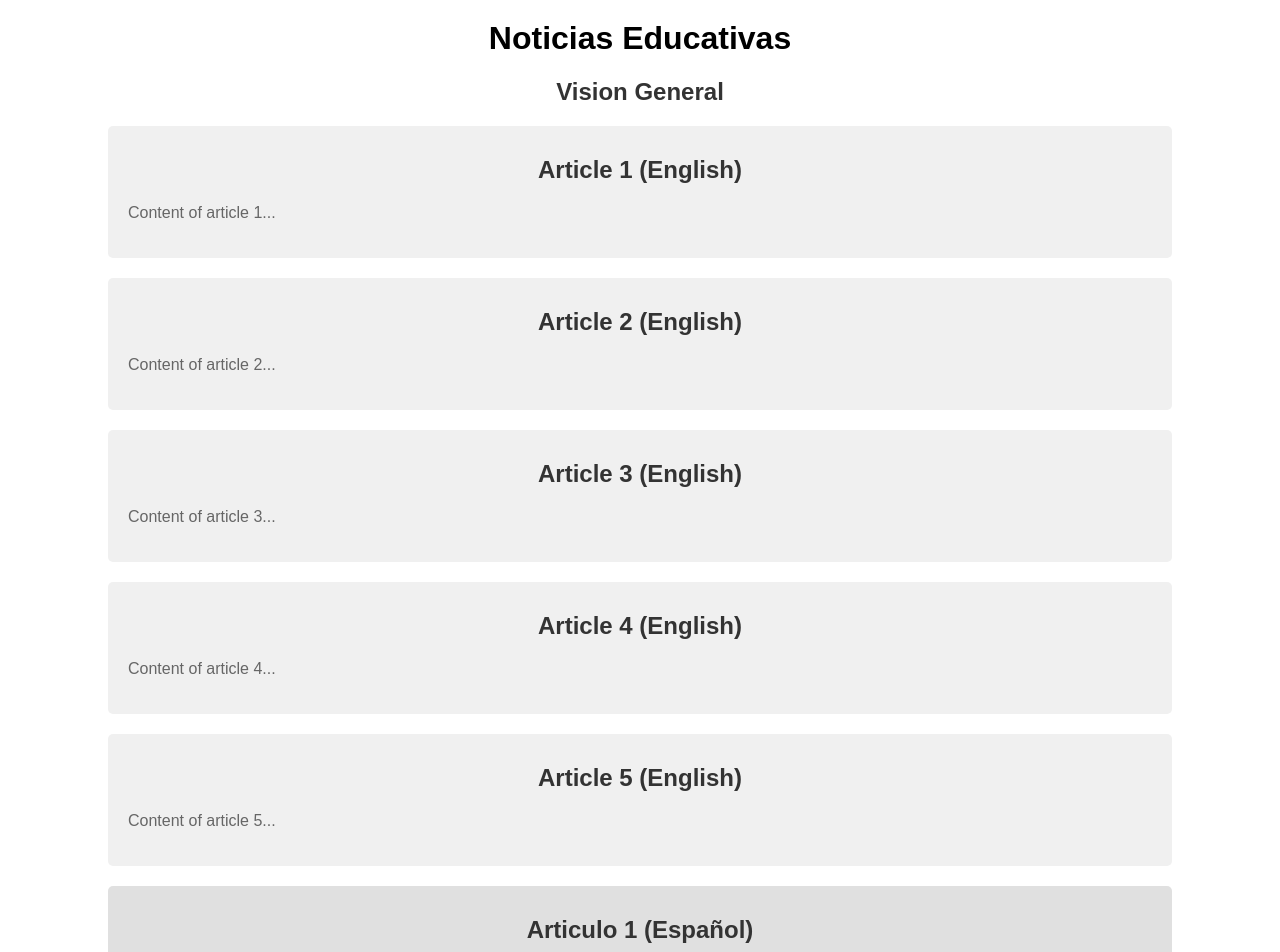
Repository: ByteFros/ramon
Page: ejercicio.html
These files come from the project's save history. The page is drawn as it stood at one moment and after the next save; the edit follows.
The browser window is 1280 px wide. The pictures show the part of the page from y = 0 to 952 px (the page is 1735 px tall).
A picture or video elsewhere on the page could not be fetched, so the positions and the page height are approximate.

Above is the page before, as saved 2024-02-06 19:10:32.

### ejercicio.html
<!DOCTYPE html>
<html lang="en">
<head>
    <meta charset="UTF-8">
    <meta name="viewport" content="width=device-width, initial-scale=1.0">
    <link rel="stylesheet" href="style.css">
    <title>Document</title>
</head>
<body>
<h1>Noticias Educativas</h1>
<h2>Vision General</h2>

<!-- English Articles -->
<article class="english-article">
    <h2>Article 1 (English)</h2>
    <p>Content of article 1...</p>
</article>

<article class="english-article">
    <h2>Article 2 (English)</h2>
    <p>Content of article 2...</p>
</article>

<article class="english-article">
    <h2>Article 3 (English)</h2>
    <p>Content of article 3...</p>
</article>

<article class="english-article">
    <h2>Article 4 (English)</h2>
    <p>Content of article 4...</p>
</article>

<article class="english-article">
    <h2>Article 5 (English)</h2>
    <p>Content of article 5...</p>
</article>
<!-- articulos en español -->
<article class="spanish-article">
    <h2>Articulo 1 (Español)</h2>
    <p>Contenido del articulo 1...</p>
</article>

<article class="spanish-article">
    <h2>Articulo 2 (Español)</h2>
    <p>Contenido del articulo 2...</p>
</article>

<article class="spanish-article">
    <h2>Articulo 3 (Español)</h2>
    <p>Contenido del articulo 3...</p>
</article>

<article class="spanish-article">
    <h2>Articulo 4 (Español)</h2>
    <p>Contenido del articulo 4...</p>
</article>

<article class="spanish-article">
    <h2>Articulo 5 (Español)</h2>
    <p>Contenido del articulo 5...</p>
</article>

<!-- RSS Feed -->
<div>
    <a href="rss_feed.xml">
        <img src="logo.png" alt="RSS Feed Logo">
    </a>
</div>


</body>
</html>

### style.css
/* Estilo para el cuerpo del documento */
body {
    font-family: Arial, sans-serif;
    margin: 0;
    padding: 0;
}

/* Estilo para el título principal */
h1 {
    text-align: center;
    margin-top: 20px;
}

/* Estilo para el subtítulo */
h2 {
    text-align: center;
    margin-top: 10px;
}

/* Estilo para los artículos en inglés */
.english-article {
    background-color: #f0f0f0;
    padding: 20px;
    margin: 20px auto;
    border-radius: 5px;
    width: 80%;
}

/* Estilo para los artículos en español */
.spanish-article {
    background-color: #e0e0e0;
    padding: 20px;
    margin: 20px auto;
    border-radius: 5px;
    width: 80%;
}

/* Estilo para los títulos de los artículos */
h2 {
    color: #333;
}

/* Estilo para los párrafos de los artículos */
p {
    color: #666;
}

/* Estilo para el contenedor del feed RSS */
div {
    text-align: center;
    margin-top: 30px;
}

/* Estilo para el logo del feed RSS */
div img {
    width: 100px;
    height: auto;
}

After the next save:
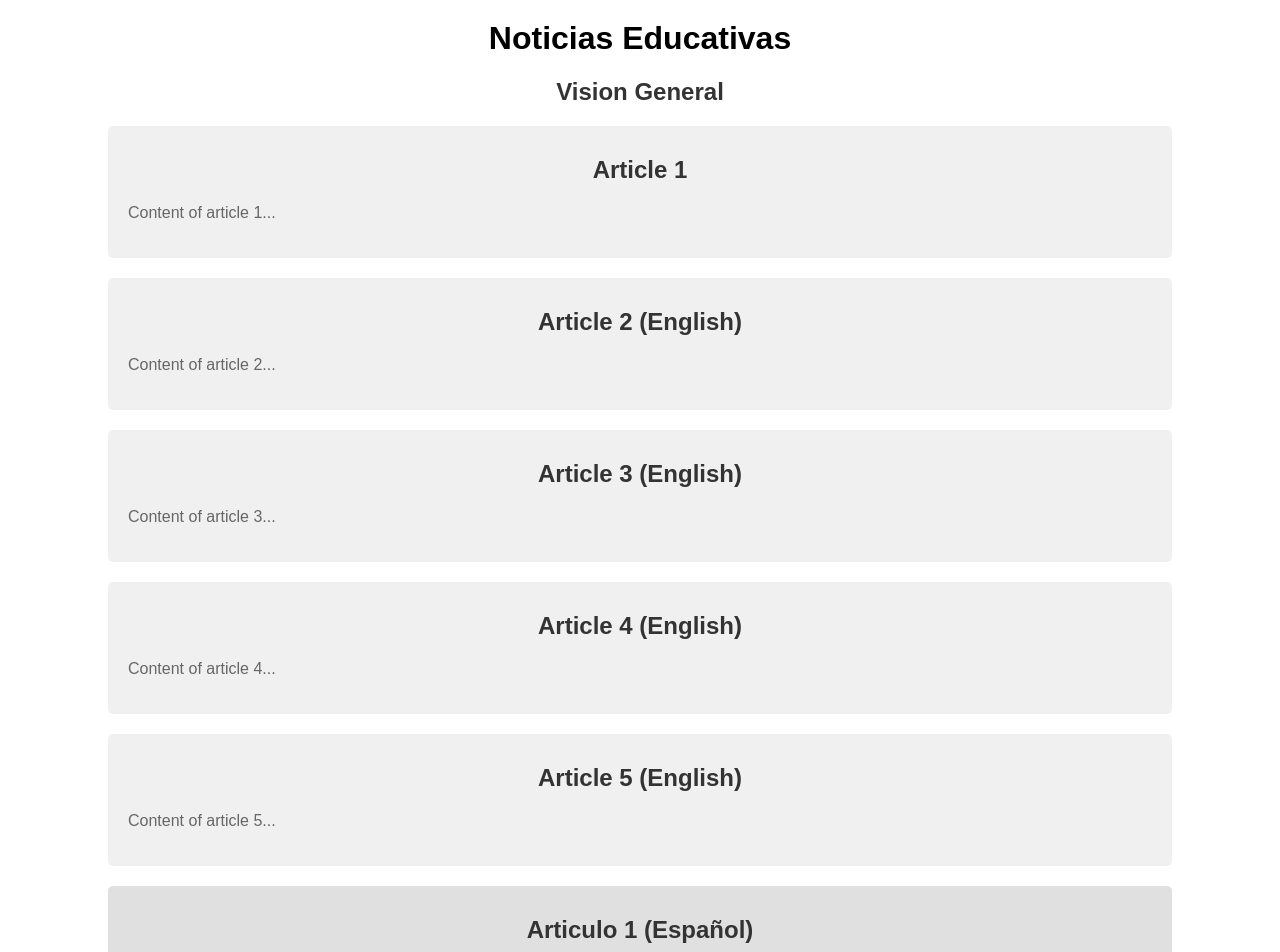
Saved 36 s later.
--- a/ejercicio.html
+++ b/ejercicio.html
@@ -12,7 +12,7 @@
 
 <!-- English Articles -->
 <article class="english-article">
-    <h2>Article 1 (English)</h2>
+    <h2>Article 1 </h2>
     <p>Content of article 1...</p>
 </article>
 
